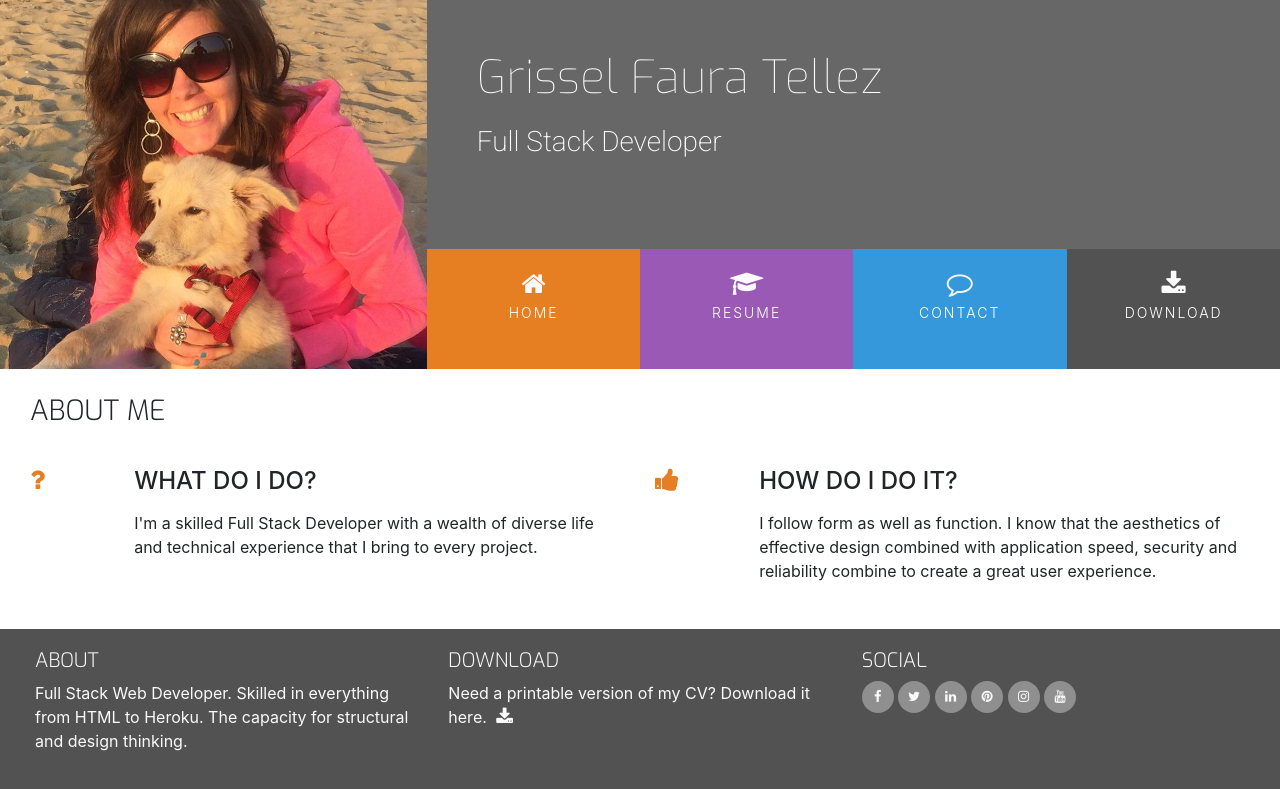
Repository: grisselfaura/Resume-Project-Introduction
Page: index.html
The author's editor kept a record of every edit. The page is drawn from the files as they stood at one moment, then again after the next edit.
The browser window is 1280 px wide. The pictures show the whole page.

Above is the page before.

After the next edit:
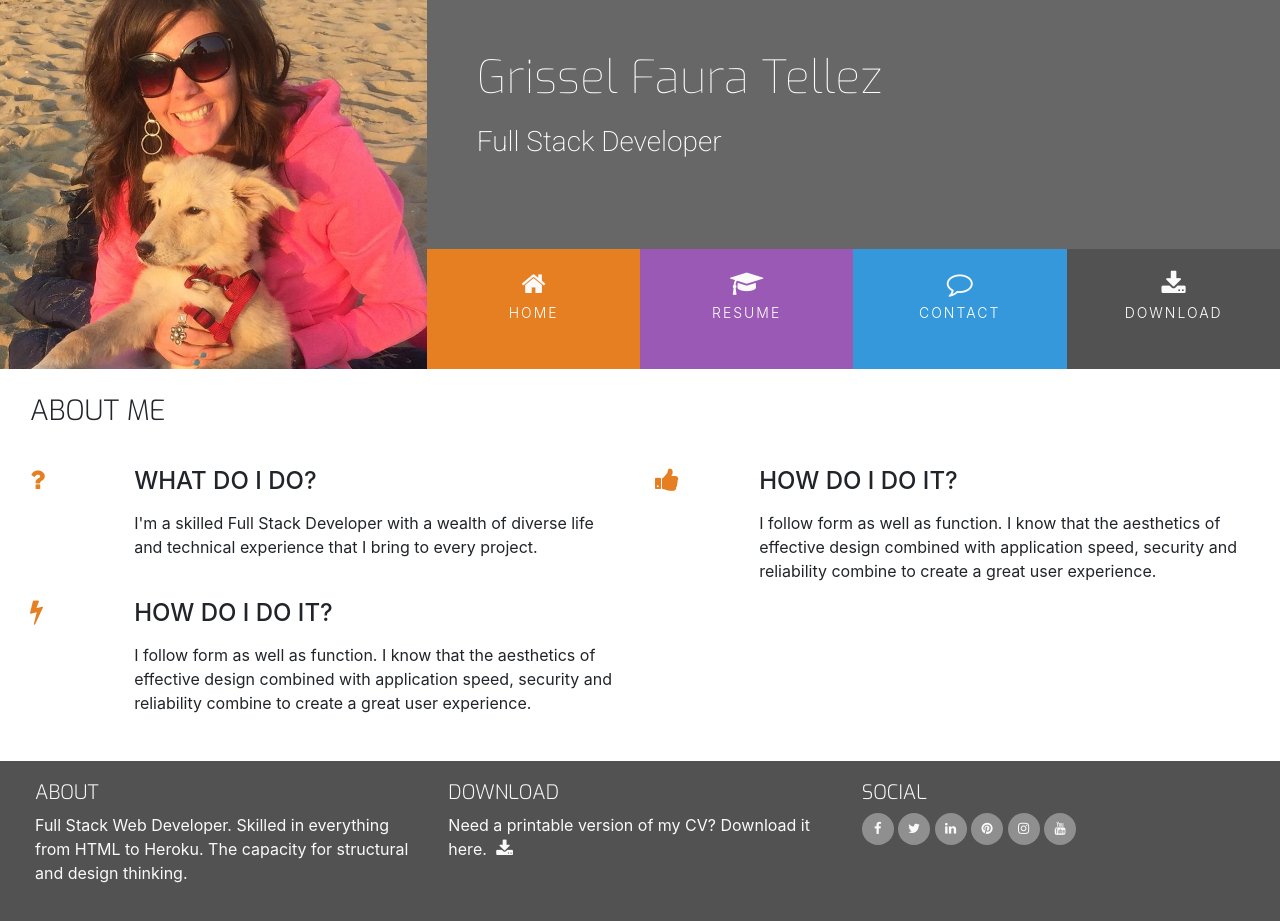
The edit:
--- a/index.html
+++ b/index.html
@@ -77,6 +77,19 @@
                             </div>
                         </div>
                     </div>
+                    <div class="col-10 offset-1 offset-sm-0 col-sm-4 col-md-6">
+                        <div class="row">
+                            <div class="col-2">
+                                <i class="three-reasons-icon fa fa-bolt" aria-hidden="true"></i>
+                            </div>
+                            <div class="col-10">
+                                <h4 class="three-reasons-heading uppercase">How do I do it?</h4>
+                                <p>
+                                    I follow form as well as function. I know that the aesthetics of effective design combined with application speed, security and reliability combine to create a great user experience.
+                                </p>
+                            </div>
+                        </div>
+                    </div>
                 </div>
             </div>
         </div>
